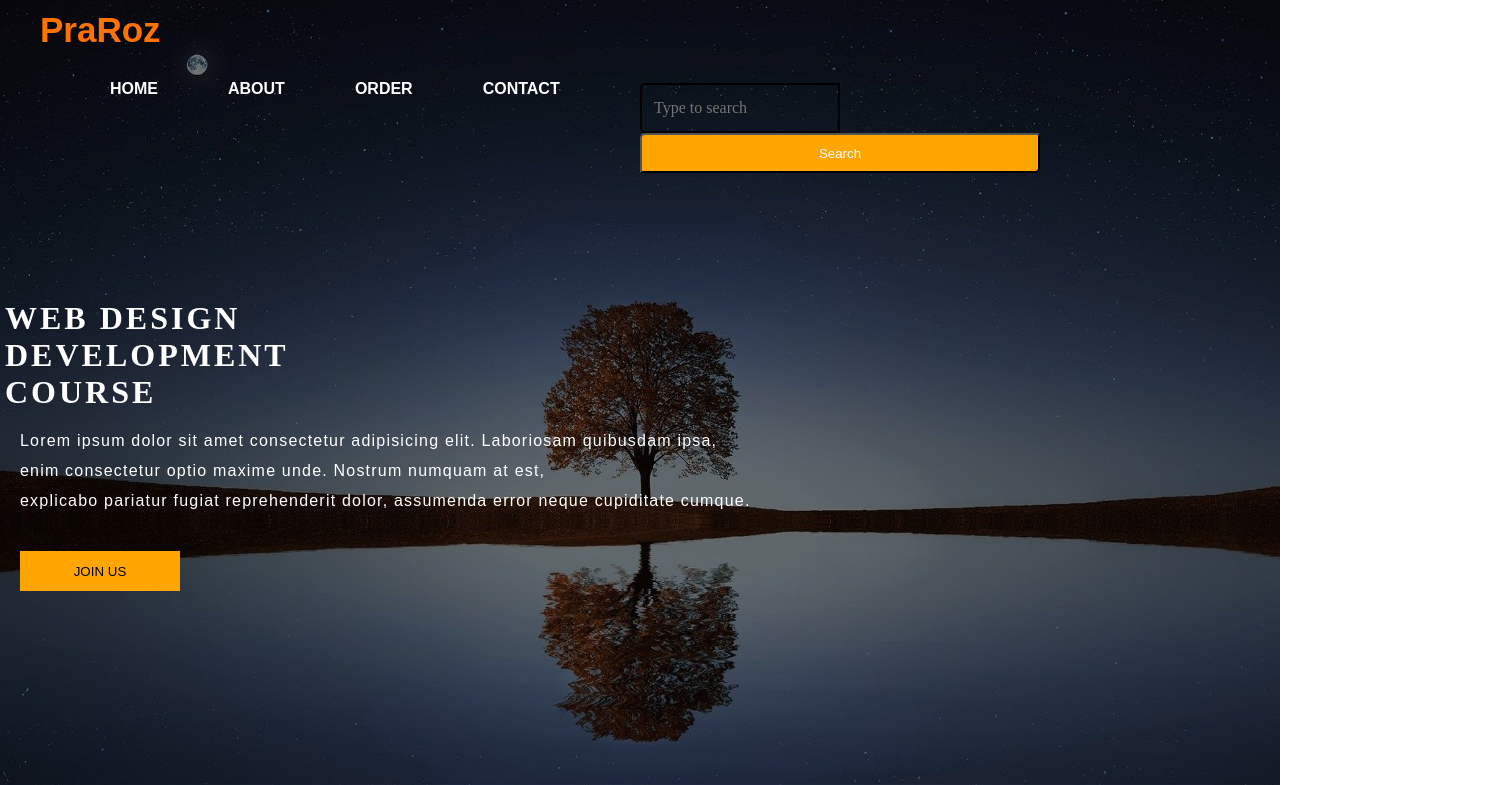
Repository: Cedrqmwesigwa/web-design-course
Page: index.html
These files come from the project's save history. The page is drawn as it stood at one moment and after a run of saves; the edit follows.
The browser window is 1280 px wide. The page is 1500 px wide, so the pictures cover 1500 px, including what lies to the right of the window. The pictures show the whole page.
The pointer rests on the first visible `.cn`.

Above is the page before, as saved 2024-04-03 20:46:05.

### index.html
<!DOCTYPE html>
<html lang="en">
<head>
    <title>Web development html</title>
    <link rel="stylesheet" href="style.css"/>
</head>
<body>
    <div class="main">
        <div class="navbar">

            <div class="icon">
                <h2 class="logo">PraRoz</h2>
            </div>

            <div class="menu">
                <ul>
                    <li><a href="#">HOME</a></li>
                    <li><a href="#">ABOUT</a></li>
                    <li><a href="#">ORDER</a></li>
                    <li><a href="#">CONTACT</a></li>
                </ul>
            </div>

            <div class="search">
                <input type="search" class="srch" name="" placeholder="Type to search">
                <a href="#"><button class="btn">Search</button></a>
            </div>

        </div>

        <div class="content">
            <h1>WEB DESIGN <br>
            <span>DEVELOPMENT</span>
            <br>COURSE</h1>


            <p class="par">Lorem ipsum dolor sit amet consectetur adipisicing elit. Laboriosam quibusdam ipsa,<br>
                enim consectetur optio maxime unde. Nostrum numquam at est,
                <br>explicabo pariatur fugiat reprehenderit dolor, assumenda error neque cupiditate cumque.
            </p>


            <button class="cn">
                <a href="#">JOIN US</a>
            </button>
        </div>
    </div>


</body>
</html>

### style.css
*{
    margin: 0;
    padding: 0;
}

.main{
    width: 100% ;
    background: linear-gradient(to top, rgba(0,0,0,0.5)50%, rgba(0, 0, 0, 0.5)50%), url(1.jpg);
    background-position: center;
    background-size: cover;
    height: 109vh;
}

.navbar{
    width: 1200px;
    height: 75px;
    margin:  auto;
}

.icon{
    width: 200px;
    font: left;
    height: 70px;
}

.logo {
    color: #ff7200;
    font-size: 35px;
    font-family: Arial;
    float: left;
    padding-top: 10px;
}

.menu{
    width: 400px;
    float: left;
    height: 70px;
}

ul{
    float: left;
    display: flex;
    justify-content: center;
    align-items: center;
}

ul li{
    list-style: none;
    margin-left: 70px;
    margin-top: 10px;
    font-size: 16px;
}

ul li a{
    text-decoration: none;
    color: white;
    font-family: Arial;
    font-weight: bold;
    transition: .4 ease-in-out;
}

ul li a:hover{
    color:#ff7200
}

.search{
    width: 400px;
    float: left;
    margin-left: 200px;
}

.srch{
    font-family: "Times New Roman";
    width: 200px;
    height: 50px;
    padding: 3%;
    background: transparent;
    border-top: 5px;
    border-bottom-left-radius: 5px;
    border-top-left-radius: 5px;
    font-size: 16px;
    color: white;
    margin-top:13px;
    border: 2px solid  #000;
}

.btn{
    width:100%;
    height: 40px;
    background: orange;
    color: white;
    border-bottom-right-radius: 5px;
    border-top-left-radius: 5px;
}

.btn:focus{
    outline: none;
}
.srch:focus{
    outline:none;
}

.content{
    width: 1500px;
    height: auto;
    margin: auto;
    color: white;
    position: relative
}
.content .par{
    padding-left: 20px;
    padding-bottom: 20px;
    margin-top: 1%;
    font-family: Arial;
    letter-spacing: 1.2px;
    line-height: 30px;
}

.content h1{
    font-family: 'Times New Roman';
    size: 100px;
    padding-left: 5px;
    margin-top: 15%;
    letter-spacing: 3px;
}

.content .cn{
    width: 160px;
    height: 40px;
    background: orange;
    border: none;
    margin-top: 1%;
    border-right:10px;
    margin-left: 20px;
    cursor: pointer;
    transition: .4s ease;
}

.content .cn a {
    text-decoration: none;
    color:black;
    transition: .3s ease;
}

.cn:hover{
    background-color: ;
}

After the next 2 saves:
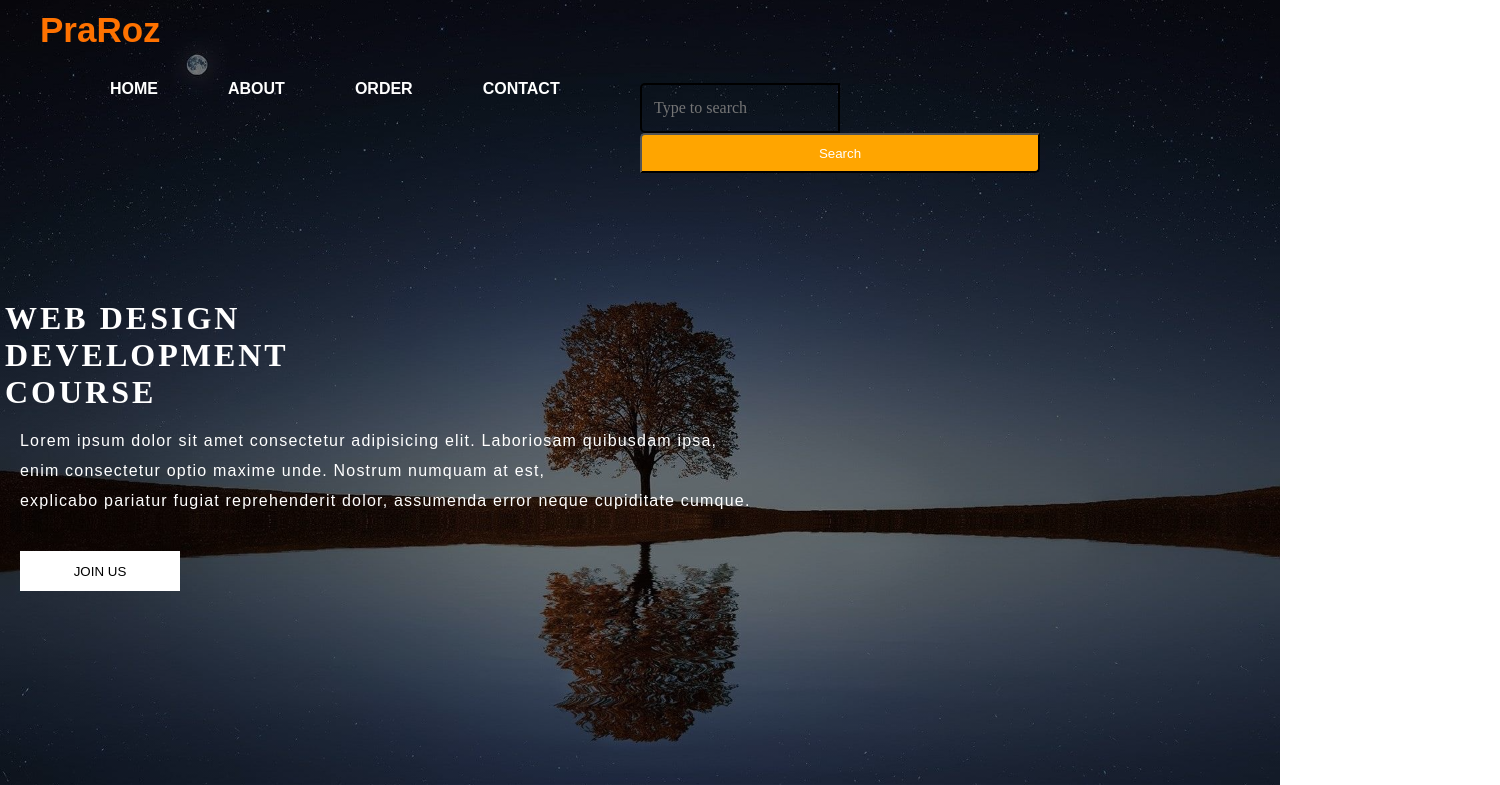
The 2 saves are shown as one change because they came seconds apart.
The last was saved 6 s later.
--- a/style.css
+++ b/style.css
@@ -143,5 +143,6 @@ ul li a:hover{
 }
 
 .cn:hover{
-    background-color: ;
+    background-color: white;
+
 }
